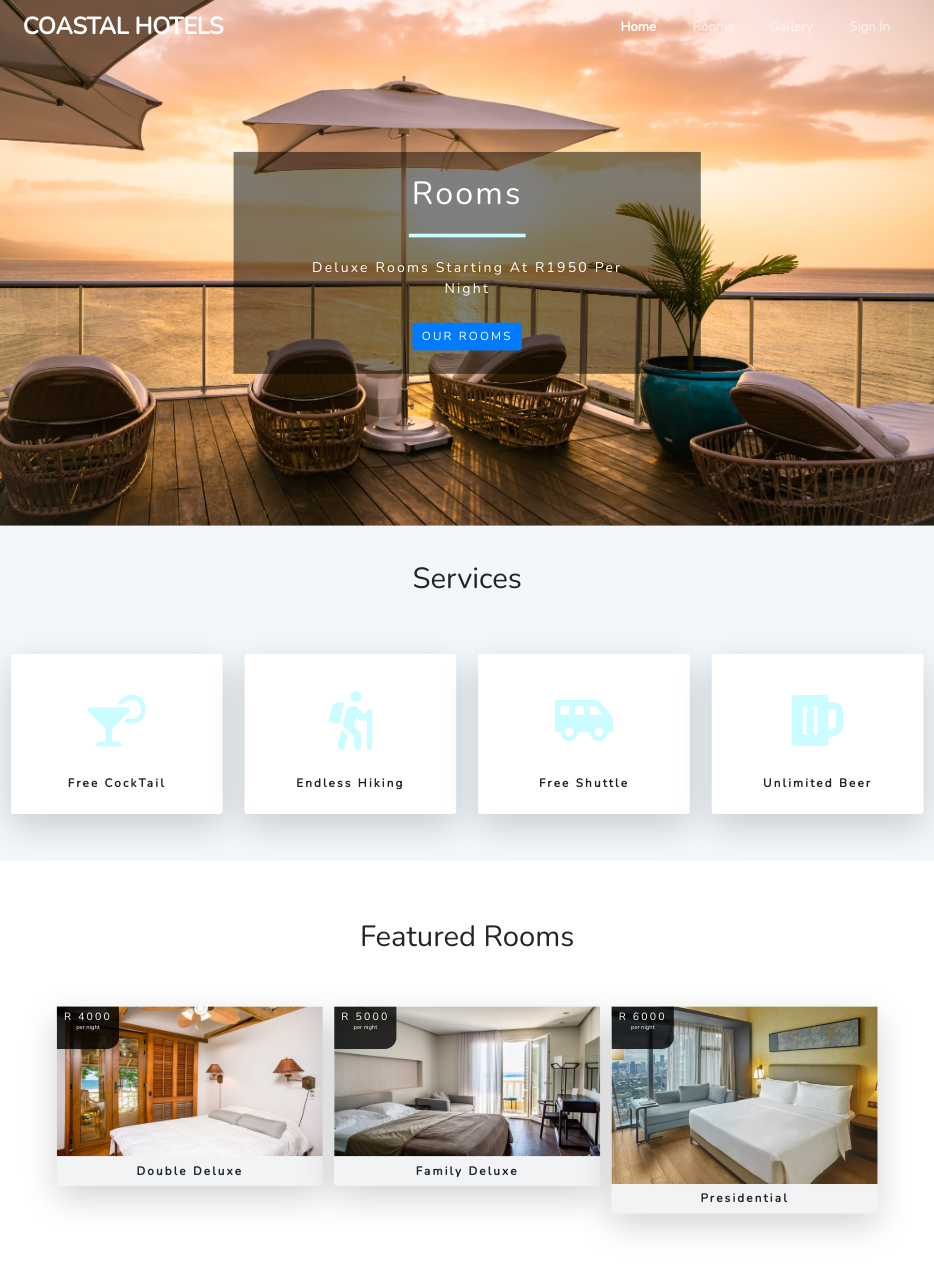
Repository: tebo27cMd/hotel
Page: /
An editor plug-in stored every save of this project. The page is shown before and after the next save, followed by the edit.
The browser window is 1280 px wide. The pictures show the whole page, at 73% of full size.
The project was rebuilt for these pictures with package versions that can differ from the ones it lists, and the page was loaded fresh each time. Also part of the build but not shown: src/components/RoomsFilter.jsx, src/components/RoomsList.jsx, src/components/RoomsContainer.jsx, src/pages/Rooms.jsx, src/components/StyledHero.jsx, src/firebase.js, src/pages/SingleRoom.jsx, src/pages/Error.jsx and 7 more.

Above is the page before, as saved 2022-11-16 13:34:51.

After the next save:
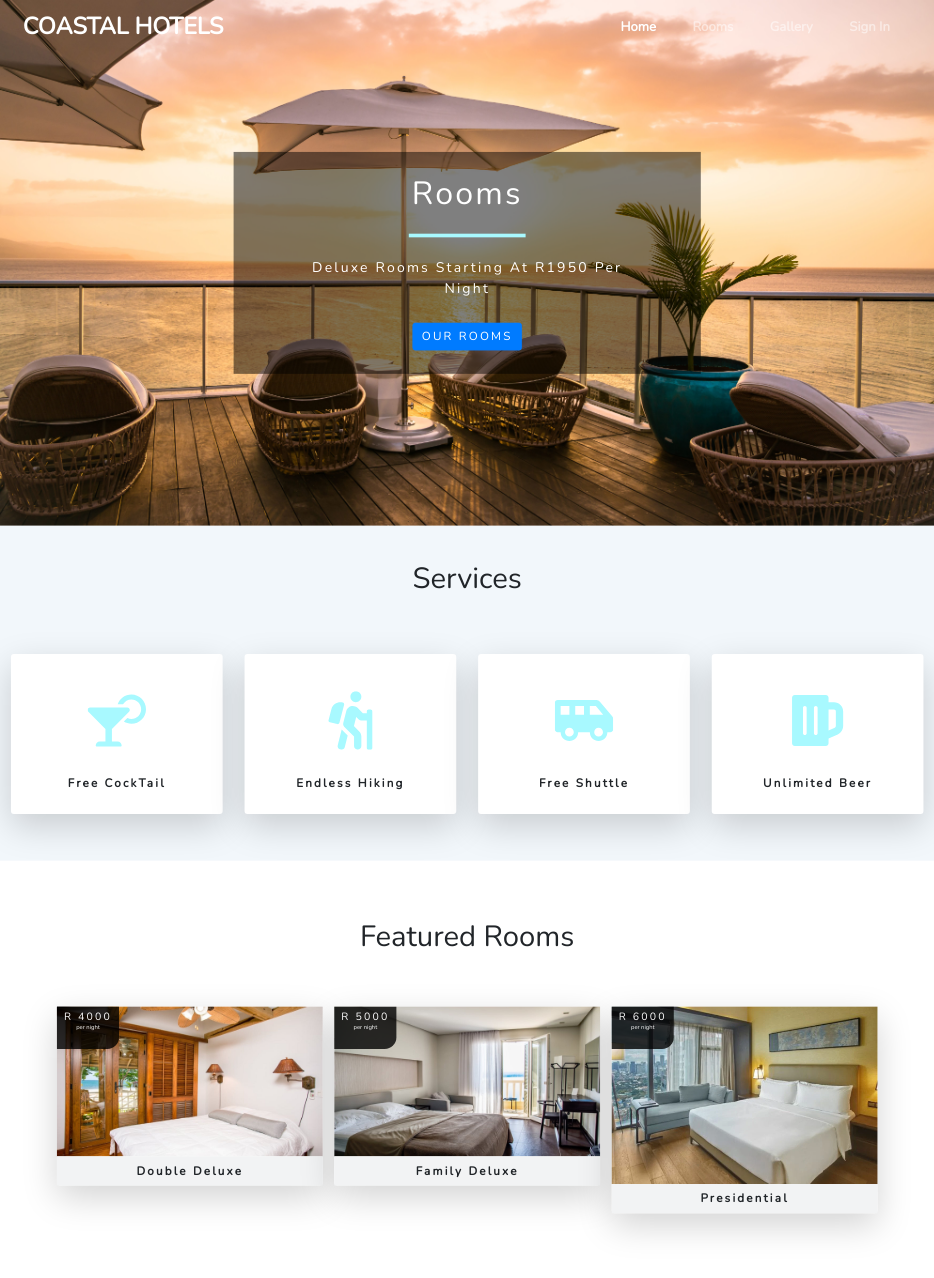
Saved 8 s later.
--- a/src/App.css
+++ b/src/App.css
@@ -10,7 +10,7 @@ body {
   box-sizing: border-box;
 }
 :root {
-  --primaryColor: #cbfcff;
+  --primaryColor: #a8f9ff;
   --mainWhite: #fff;
   --offWhite: #f7f7f7;
   --mainBlack: #222;
